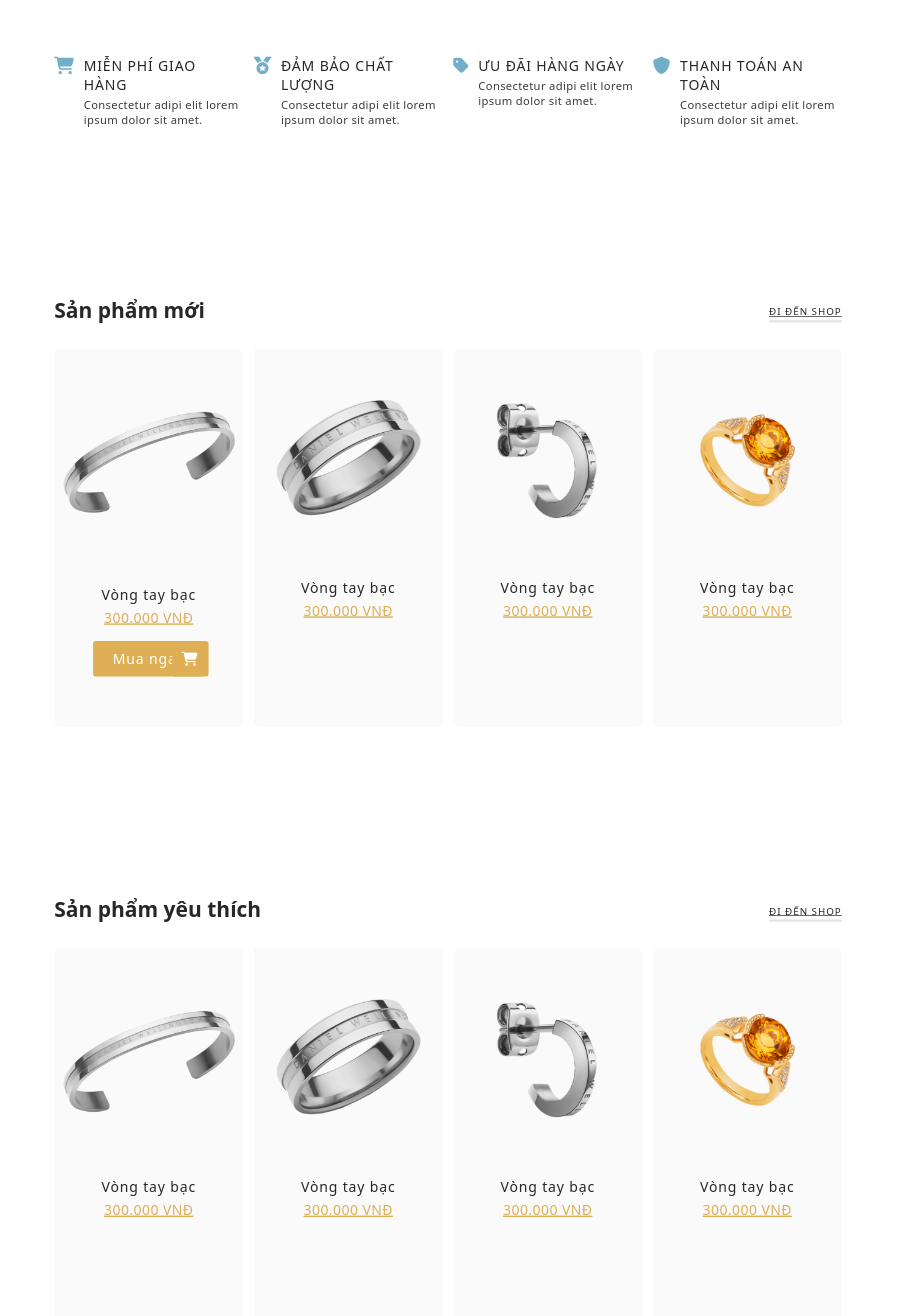
Repository: CangNgo/shoptrangsuc.github.io
Page: index.html
An editor plug-in stored every save of this project. The page is shown before and after the next save, followed by the edit.
The browser window is 1280 px wide. The page is 1288 px wide, so the pictures cover 1288 px, including what lies to the right of the window. The pictures show the part of the page from y = 762 to 2642 px (the page is 5591 px tall), at 70% of full size.

Above is the page before, as saved 2024-01-11 18:10:08.

After the next save:
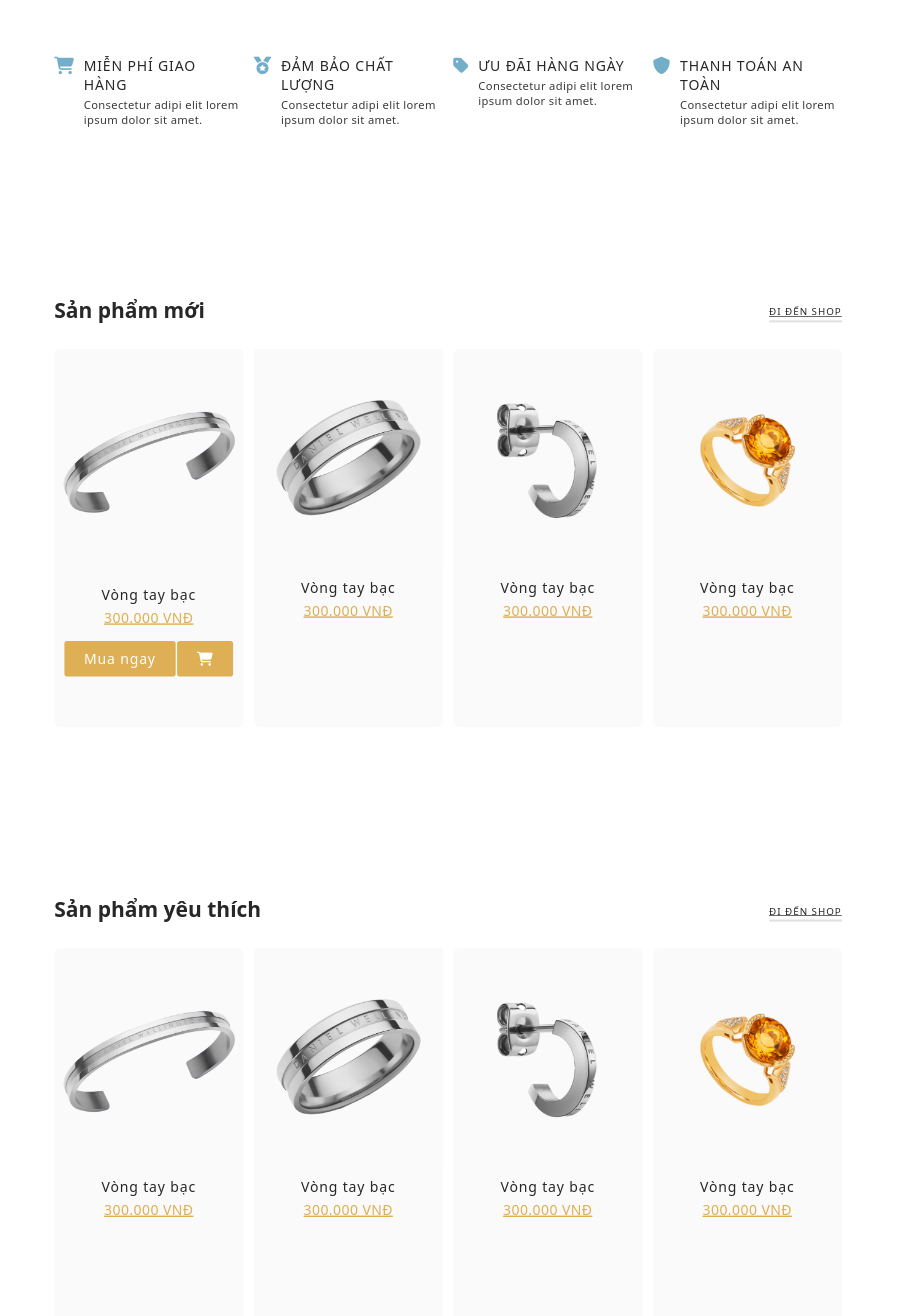
Saved 5 s later.
--- a/index.html
+++ b/index.html
@@ -163,7 +163,7 @@
                                 </div>
                                 <div class="buy-product" style="position: relative;">
                                     <button name="buy_product">Mua ngay</button>
-                                    <button style="position: absolute; top: 0; right: 50px; padding: 12px 14px;"><i class="fa-solid fa-cart-shopping"></i></button>
+                                    <button style=""><i class="fa-solid fa-cart-shopping"></i></button>
                                 </div>
                             </div>
                         </div>
